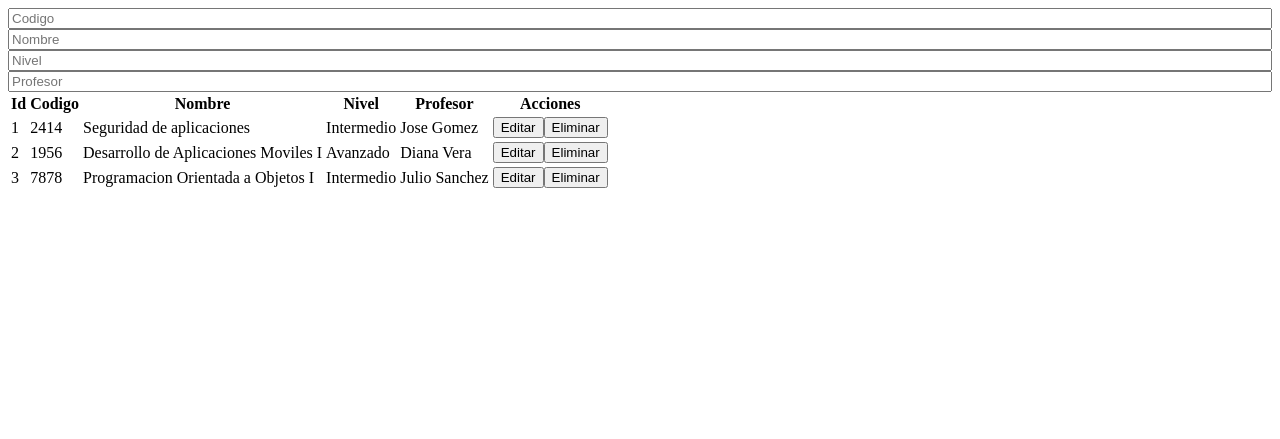
Repository: LuisCondori98/LP1-CIB
Page: http://localhost/Clase-01/demo.jsp
These files come from the project's save history. The page is drawn as it stood at one moment and after the next save; the edit follows.
The browser window is 1280 px wide. The pictures show the whole page.
The page is served by Tomcat 9.

Above is the page before, as saved 2025-01-11 14:28:59.

### Clase-01/src/main/webapp/demo.jsp
<%@ page language="java" contentType="text/html; charset=ISO-8859-1"
    pageEncoding="ISO-8859-1"%>
<!DOCTYPE html>
<html>
<head>
<meta charset="ISO-8859-1">
<title>Insert title here</title>
</head>
<body>
	<form style="display: flex; flex-direction: column">
		<input type="number" placeholder="Codigo" required/>
		<input type="text" placeholder="Nombre" required/>
		<input type="text" placeholder="Nivel" required/>
		<input type="text" placeholder="Profesor" required/>
	</form>
	<table>
		<tr>
			<th>Id</th>
			<th>Codigo</th>
			<th>Nombre</th>
			<th>Nivel</th>
			<th>Profesor</th>
			<th>Acciones</th>
		</tr>
		<tr>
			<td>1</td>
			<td>2414</td>
			<td>Seguridad de aplicaciones</td>
			<td>Intermedio</td>
			<td>Jose Gomez</td>
			<td><button>Editar</button><button>Eliminar</button></td>
		</tr>
		<tr>
			<td>2</td>
			<td>1956</td>
			<td>Desarrollo de Aplicaciones Moviles I</td>
			<td>Avanzado</td>
			<td>Diana Vera</td>
			<td><button>Editar</button><button>Eliminar</button></td>
		</tr>
		<tr>
			<td>3</td>
			<td>7878</td>
			<td>Programacion Orientada a Objetos I</td>
			<td>Intermedio</td>
			<td>Julio Sanchez</td>
			<td><button>Editar</button><button>Eliminar</button></td>
		</tr>
	</table>
</body>
</html>

After the next save:
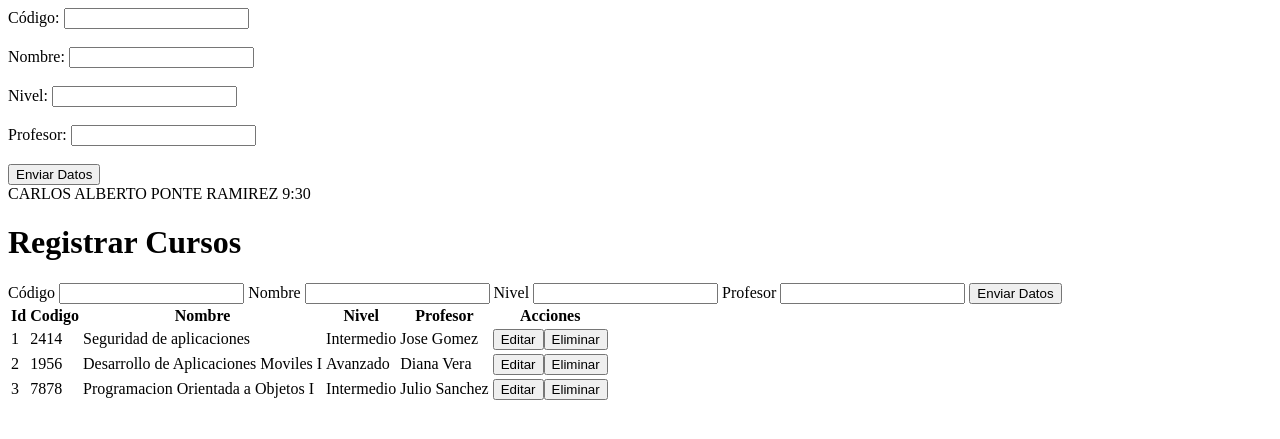
Saved 99 s later.
--- a/Clase-01/src/main/webapp/demo.jsp
+++ b/Clase-01/src/main/webapp/demo.jsp
@@ -7,12 +7,77 @@
 <title>Insert title here</title>
 </head>
 <body>
-	<form style="display: flex; flex-direction: column">
-		<input type="number" placeholder="Codigo" required/>
-		<input type="text" placeholder="Nombre" required/>
-		<input type="text" placeholder="Nivel" required/>
-		<input type="text" placeholder="Profesor" required/>
-	</form>
+	<form action="RegistrarCursoServlet" method="post">
+
+        <label for="codigo">Código:</label>
+
+        <input type="text" id="codigo" name="codigo" required>
+
+        <br><br>
+
+
+
+        <label for="nombre">Nombre:</label>
+
+        <input type="text" id="nombre" name="nombre" required>
+
+        <br><br>
+
+
+
+        <label for="nivel">Nivel:</label>
+
+        <input type="text" id="nivel" name="nivel" required>
+
+        <br><br>
+
+
+
+        <label for="profesor">Profesor:</label>
+
+        <input type="text" id="profesor" name="profesor" required>
+
+        <br><br>
+
+
+
+        <input type="submit" value="Enviar Datos">
+
+    </form>
+
+CARLOS ALBERTO PONTE RAMIREZ
+9:30
+<h1>Registrar Cursos</h1>
+
+    <form action="RegistrarCursoServlet" method="post">
+
+        <label for="codigo">Código</label>
+
+        <input type="text" id="codigo" name="codigo" required>
+
+
+
+        <label for="nombre">Nombre</label>
+
+        <input type="text" id="nombre" name="nombre" required>
+
+
+
+        <label for="nivel">Nivel</label>
+
+        <input type="text" id="nivel" name="nivel" required>
+
+
+
+        <label for="profesor">Profesor</label>
+
+        <input type="text" id="profesor" name="profesor" required>
+
+
+
+        <input type="submit" value="Enviar Datos">
+
+    </form>
 	<table>
 		<tr>
 			<th>Id</th>
